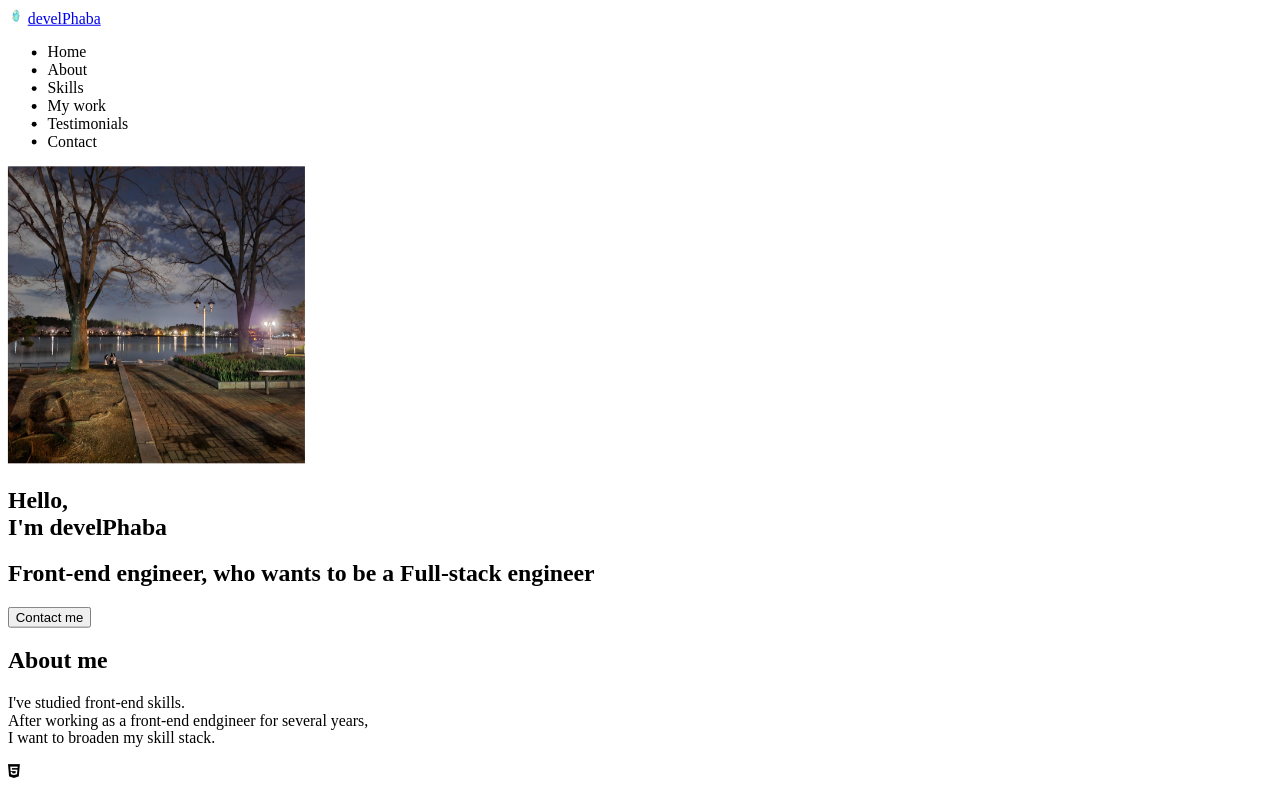
Repository: delphkim/portfolio
Page: index.html
These files come from the project's save history. The page is drawn as it stood at one moment and after the next save; the edit follows.
The browser window is 1280 px wide. The pictures show the whole page, at 99% of full size.
Some web libraries are served in a nearby version.

Above is the page before, as saved 2021-07-31 15:44:45.

### index.html
<!DOCTYPE html>
<html lang="en">
  <head>
    <meta charset="UTF-8" />
    <meta http-equiv="X-UA-Compatible" content="IE=edge" />
    <meta name="viewport" content="width=device-width, initial-scale=1.0" />
    <title>DevelPhaba's Portfolio</title>
    <meta name="description" content="Portfolio for world-reknowned software engineer develPhaba"/>
    <meta name="author" content="develPhaba" />
    <link rel="icon" type="img/png" href="./imgs/favicon.png">
    <script src="https://kit.fontawesome.com/d2b892ca94.js" crossorigin="anonymous"></script>
    <link rel="preconnect" href="https://fonts.googleapis.com" />
    <link rel="preconnect" href="https://fonts.gstatic.com" crossorigin />
    <link href="https://fonts.googleapis.com/css2?family=Open+Sans:wght@400;600;700&display=swap" rel="stylesheet"/>
    <!-- CSS rules to specify families -->
    <!-- 1. font-family: 'Open Sans', sans-serif;  -->
    <link rel="stylesheet" href="./style.css">
    <script src="./main.js" defer></script>
  </head>
  <body>
    <!-- Navbar -->
    <nav id="navbar">
      <div class="navbar__logo">
        <img class="navbar__icon" src="./imgs/favicon.png" alt="logo">
        <a href="#">develPhaba</a>
      </div>

        <ul class="navbar__menu">
          <li class="navbar__menu__item">Home</li>
          <li class="navbar__menu__item">About</li>
          <li class="navbar__menu__item">Skills</li>
          <li class="navbar__menu__item">My work</li>
          <li class="navbar__menu__item">Testimonials</li>
          <li class="navbar__menu__item">Contact</li>
        </ul>

    </nav>
    <!-- Home -->
    <section id="home">
      <img src="./imgs/home.jpg"
           alt="develPhabas' profile photo"
           class="home__avatar">
           <h1 class="home__title">Hello, <br>I'm develPhaba</br></h1>
           <h2 class="home__description">Front-end engineer, who wants to be a Full-stack engineer </h2>
           <button class="home__contact">Contact me</button>
    </section>
    <!-- About -->
    <section id="about">
      <h1>About me</h1>
      <p>I've studied front-end skills.
        <br>After working as a front-end endgineer for several years,
        <br>I want to broaden my skill stack.
      </p>
      <div class="about__majors">
        <div class="major">
          <div class="major__icon">
            <i class="fab fa-html5"></i>
          </div>
          <div class="major__title"></div>
          <div class="major__description"></div>
        </div>
      </div>
    </section>
    <!-- Skills -->
    <section id="skills"></section>
    <!-- Work -->
    <section id="work"></section>
    <!-- Testimonials -->
    <section id="testimonials"></section>
    <!-- Contact -->
    <section id="contact"></section>
  </body>
</html>

### style.css
.navbar__icon{
   width: 16px;
   height: 16px;
}
.home__avatar{
   width: 300px;
   height: 300px;
}

Loaded but not shown: main.js (no stored copy; drawn as an empty file)

After the next save:
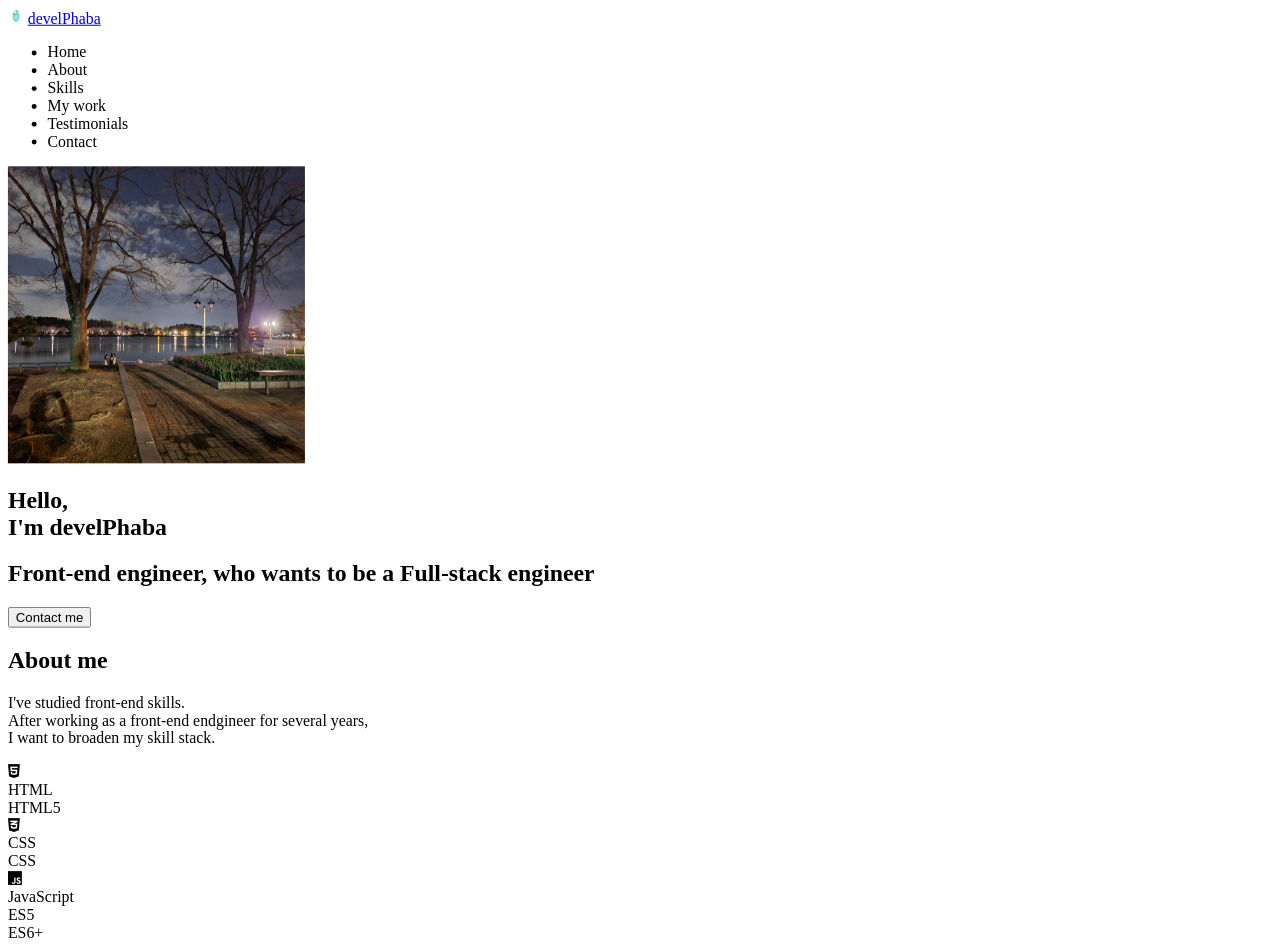
Saved 7 min 28 s later.
--- a/index.html
+++ b/index.html
@@ -56,9 +56,21 @@
           <div class="major__icon">
             <i class="fab fa-html5"></i>
           </div>
-          <div class="major__title"></div>
-          <div class="major__description"></div>
+          <div class="major__title">HTML</div>
+          <div class="major__description">HTML5</div>
+          <div class="major">
+            <div class="major__icon">
+              <i class="fab fa-css3-alt"></i>
+            </div>
+            <div class="major__title">CSS</div>
+            <div class="major__description">CSS</div>
         </div>
+        <div class="major">
+          <div class="major__icon">
+            <i class="fab fa-js"></i>
+          </div>
+          <div class="major__title">JavaScript</div>
+          <div class="major__description">ES5<br>ES6+</div>
       </div>
     </section>
     <!-- Skills -->
